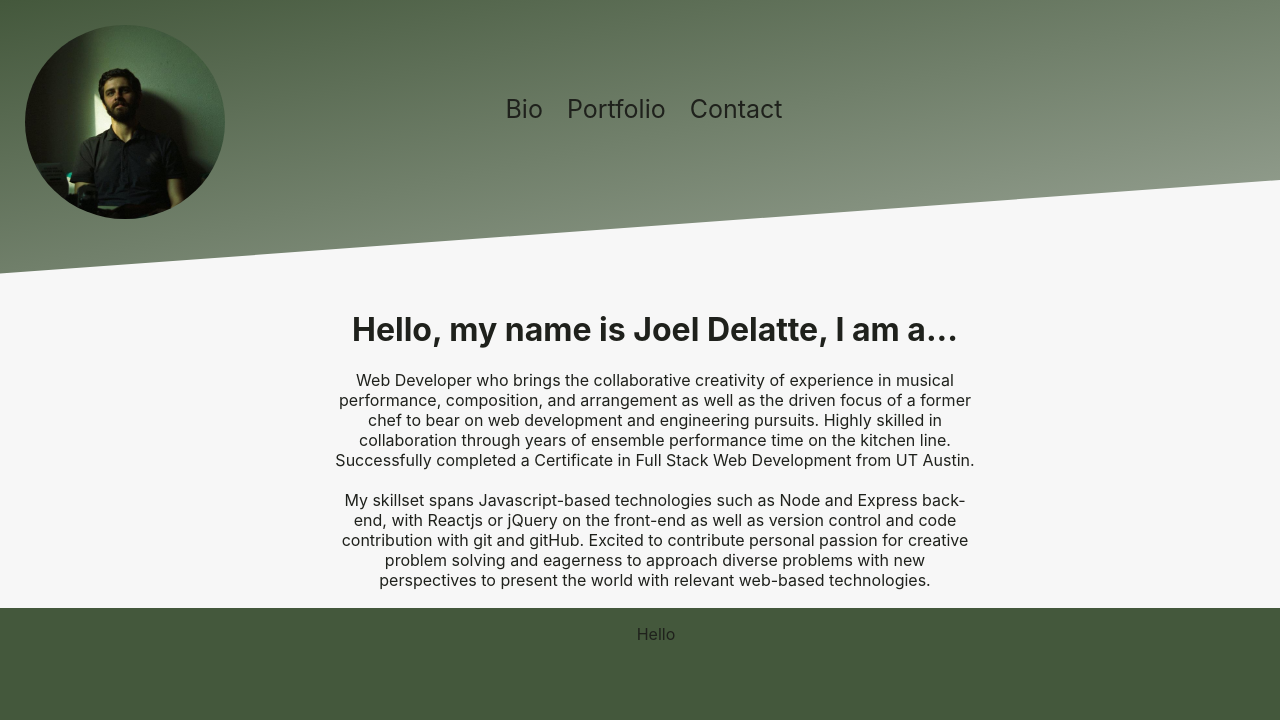
Repository: joeldelatte/react-portfolio
Page: / (app in client/)
An editor plug-in stored every save of this project. The page is shown before and after the next save, followed by the edit.
The browser window is 1280 px wide. The pictures show the whole page.
The project was rebuilt for these pictures with package versions that can differ from the ones it lists, and the page was loaded fresh each time. Also part of the build but not shown: client/src/App.css, client/src/Components/Contact/Contact.js, client/src/Components/Portfolio/portfolio.css, client/src/Components/Portfolio/Portfolio.js.

Above is the page before, as saved 2020-07-08 15:01:24.

After the next save:
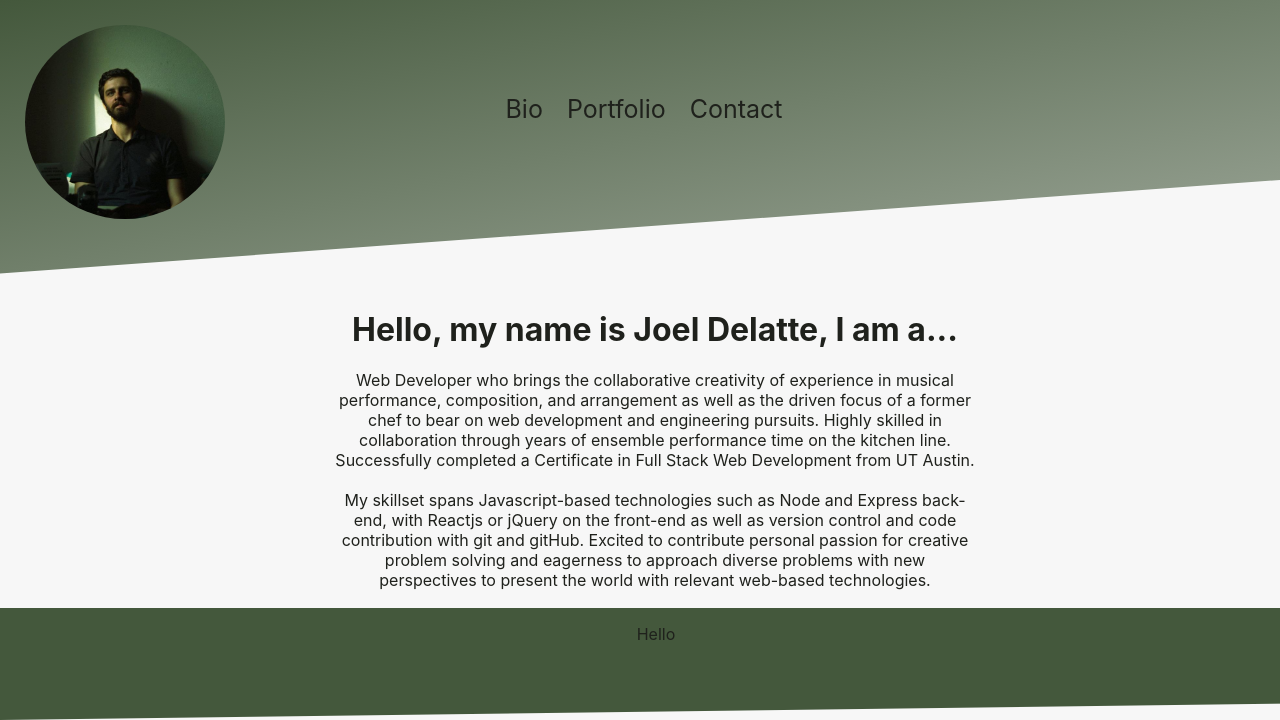
Saved 11 s later.
--- a/client/src/Page/Page.css
+++ b/client/src/Page/Page.css
@@ -44,7 +44,7 @@
   height: 5rem;
   background-color: rgb(68,88,60);
   /* background-image: linear-gradient(to right bottom, rgba(126, 213, 111, 0.801), rgba(40, 180, 133, 0.801)); */
-  /* -webkit-clip-path: polygon(0 0, 100% 0, 100% 85%, 0 100%); */
+  -webkit-clip-path: polygon(0 0, 100% 0, 100% 85%, 0 100%);
   clip-path: polygon();
   /* transform: skewY(-7deg); */
   position: fixed;

After the save that followed:
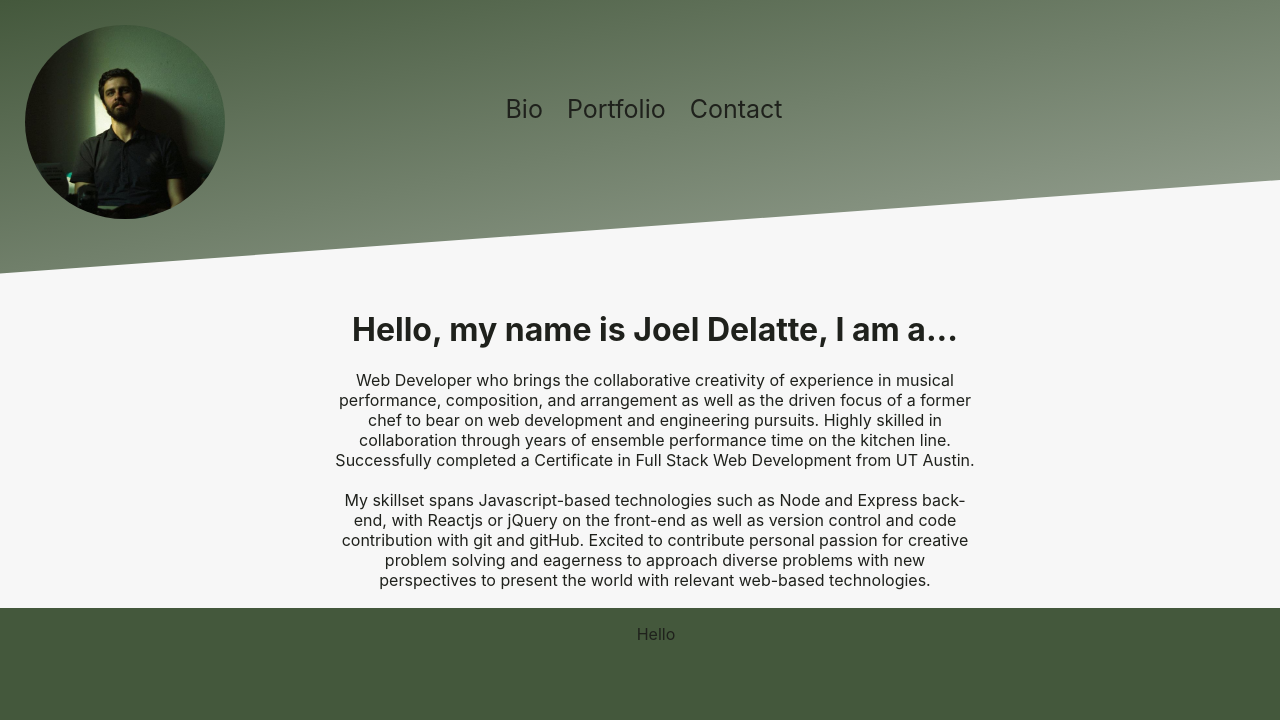
Saved 12 s later.
--- a/client/src/Page/Page.css
+++ b/client/src/Page/Page.css
@@ -44,7 +44,7 @@
   height: 5rem;
   background-color: rgb(68,88,60);
   /* background-image: linear-gradient(to right bottom, rgba(126, 213, 111, 0.801), rgba(40, 180, 133, 0.801)); */
-  -webkit-clip-path: polygon(0 0, 100% 0, 100% 85%, 0 100%);
+  /* -webkit-clip-path: polygon(0 0, 100% 0, 100% 85%, 0 100%); */
   clip-path: polygon();
   /* transform: skewY(-7deg); */
   position: fixed;
